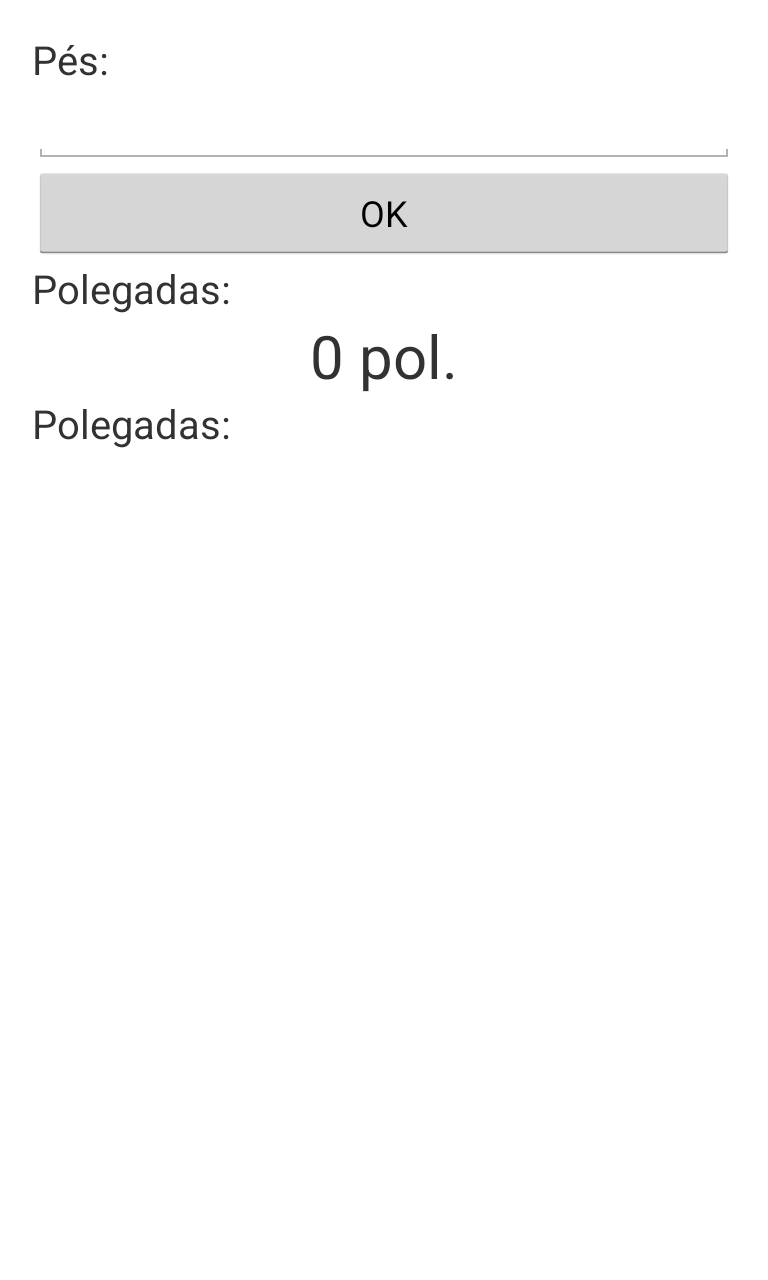
Repository: erickluz/Android
Layout: ConversaoDistancia/res/layout/activity_main.xml
An editor plug-in stored every save of this project. The layout is shown before and after the next save, followed by the edit.
It is drawn on a 768 x 1280 px phone screen (xhdpi) without system bars, with theme AppTheme; the app's code is not run.

Above is the layout before, as saved 2016-03-15 00:46:47.

### ConversaoDistancia/res/layout/activity_main.xml
<LinearLayout xmlns:android="http://schemas.android.com/apk/res/android"
    xmlns:tools="http://schemas.android.com/tools"
    android:layout_width="match_parent"
    android:layout_height="match_parent"
    android:paddingBottom="@dimen/activity_vertical_margin"
    android:paddingLeft="@dimen/activity_horizontal_margin"
    android:paddingRight="@dimen/activity_horizontal_margin"
    android:paddingTop="@dimen/activity_vertical_margin"
    android:orientation="vertical"
    tools:context="com.erick.conversaodistancia.MainActivity" >

    <TextView
        android:layout_width="wrap_content"
        android:layout_height="wrap_content"
        android:textSize="20sp"
        android:text="@string/pes" />

    <EditText
        android:id="@+id/txtPes"
        android:labelFor="@+id/txtPes"
        android:layout_width="fill_parent"
        android:layout_height="wrap_content"
        android:inputType="number"/>

    <Button
        android:id="@+id/btnOk"
        android:layout_width="fill_parent"
        android:layout_height="wrap_content"
        android:text="@string/btnOk"
        android:onClick="btnOkClick"/>

    <TextView
        android:layout_width="wrap_content"
        android:layout_height="wrap_content"
        android:textSize="20sp"
        android:text="@string/polegadas" />

    <TextView
        android:id="@+id/lblPolegadas"
        android:layout_width="fill_parent"
        android:layout_height="wrap_content"
        android:gravity="center"
        android:textSize="30sp"
        android:text="@string/pol"/>

     <TextView
        android:layout_width="wrap_content"
        android:layout_height="wrap_content"
        android:textSize="20sp"
        android:text="@string/polegadas" />

    <TextView
        android:id="@+id/lblPolegadas"
        android:layout_width="fill_parent"
        android:layout_height="wrap_content"
        android:gravity="center"/>

</LinearLayout>

### ConversaoDistancia/res/values/strings.xml
<?xml version="1.0" encoding="utf-8"?>
<resources>

    <string name="app_name">ConversaoDistancia</string>
    <string name="hello_world">Hello world!</string>
    <string name="action_settings">Settings</string>
    <string name="pes">Pés:</string>
    <string name="btnOk">OK</string>
    <string name="polegadas">Polegadas:</string>
    <string name="pol">0 pol.</string>
    <string name="jardas">Jardas:</string>

</resources>

Loaded but not shown: ConversaoDistancia/res/values/styles.xml (common file); ConversaoDistancia/res/values-v11/styles.xml (common file); ConversaoDistancia/res/values-v14/styles.xml (common file); ConversaoDistancia/res/values/dimens.xml (common file); ConversaoDistancia/res/values-w820dp/dimens.xml (common file)

After the next save:
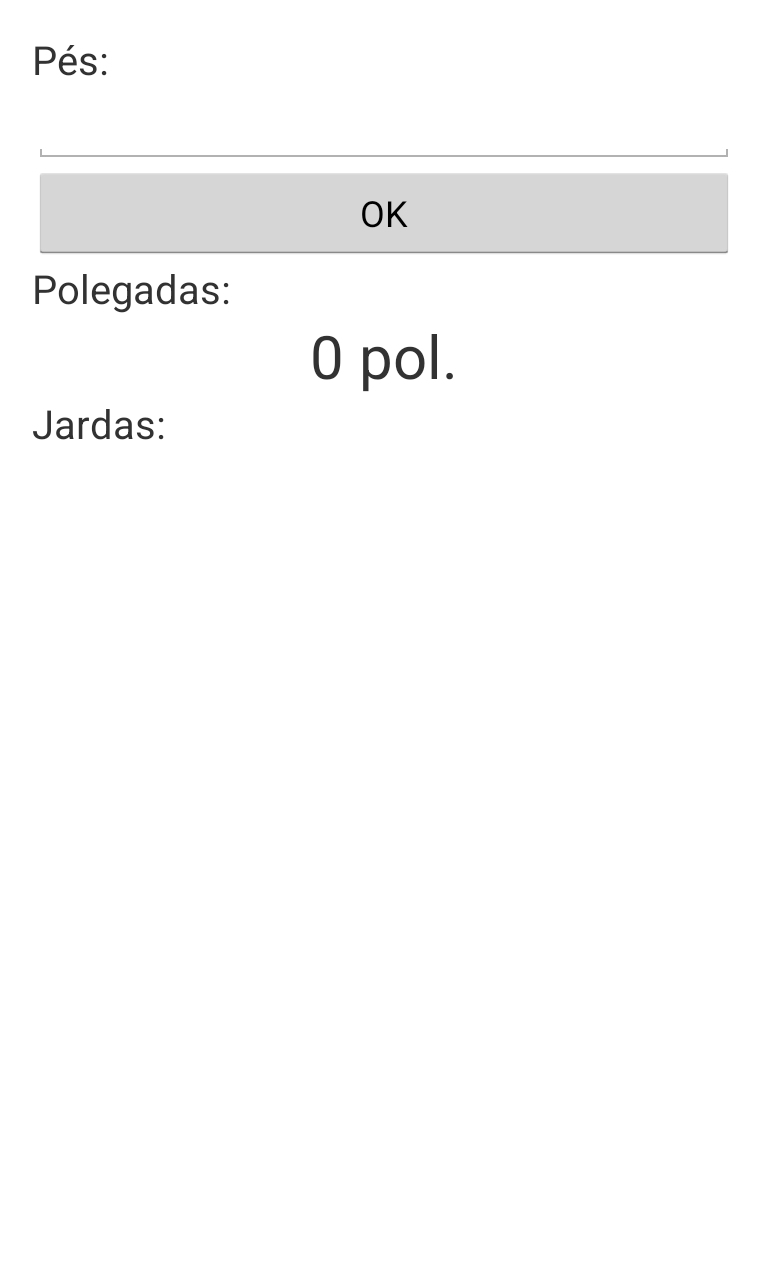
Saved 10 s later.
--- a/ConversaoDistancia/res/layout/activity_main.xml
+++ b/ConversaoDistancia/res/layout/activity_main.xml
@@ -47,7 +47,7 @@
         android:layout_width="wrap_content"
         android:layout_height="wrap_content"
         android:textSize="20sp"
-        android:text="@string/polegadas" />
+        android:text="@string/jardas" />
 
     <TextView
         android:id="@+id/lblPolegadas"
